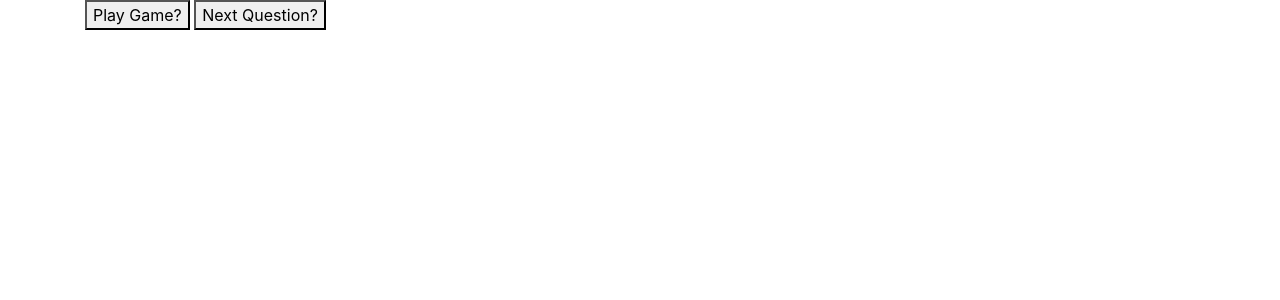
Repository: dsaftler/Trivia
Page: index.html
An editor plug-in stored every save of this project. The page is shown before and after the next save, followed by the edit.
The browser window is 1280 px wide. The pictures show the whole page.

Above is the page before, as saved 2019-04-12 21:03:59.

After the next save:
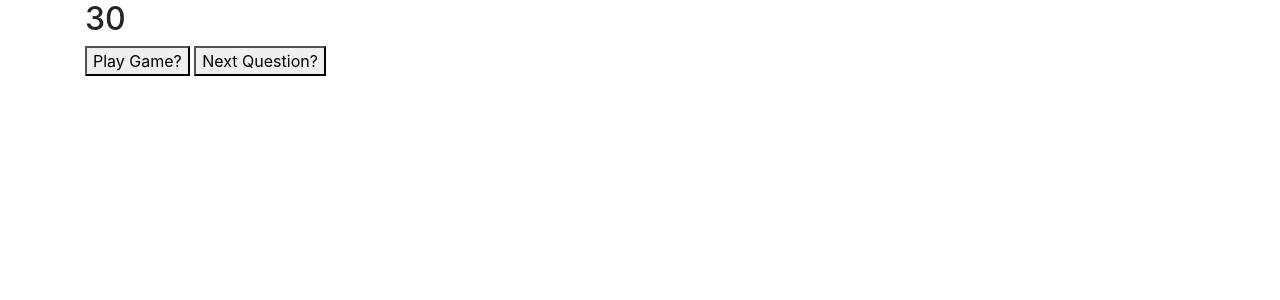
Saved 6 min 24 s later.
--- a/assets/javascript/app.js
+++ b/assets/javascript/app.js
@@ -32,10 +32,12 @@
 var GameState = States.PREGAME;
 
 $("document").ready(function () {
-  $(".answers").on("click", stop);
+  $(".answers").on("click", stopTimer);
+  initGame();
   for (let i = 0; i < qArray.length; i++) {
     $("#question").text = qArray[i].question;
     console.log(qArray.question+ ' '+i)
+
   }
     //$("#answer0".text=qArray[i].ansArray[0];
  // document.getElementById("temp1").style.display = "none";
@@ -70,7 +72,7 @@
   GameState = States.PLAYING;
 
   showTime();
-  newQuestion();
+ // newQuestion();
 }
 
 

After the save that followed:
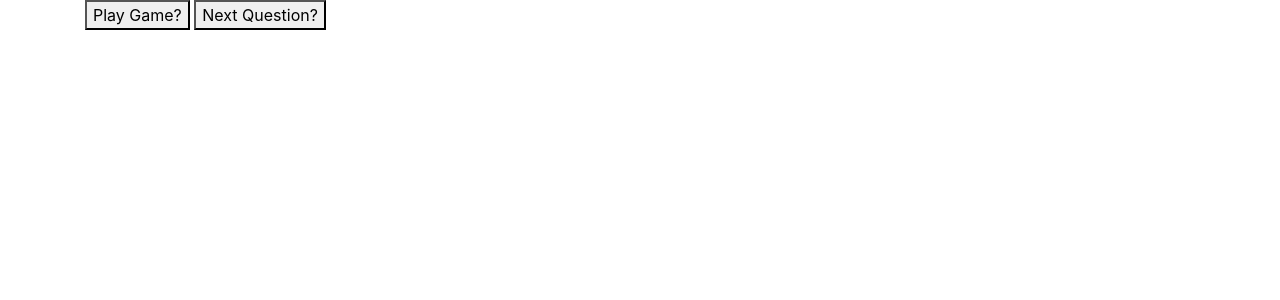
Console error: SyntaxError: Unexpected token '{'
Saved 117 s later.
--- a/assets/javascript/app.js
+++ b/assets/javascript/app.js
@@ -15,8 +15,7 @@
 // ask to play again in link
 // click on play restarts the game without re-loading the page
 
-var qArray = ["Est consectetur veniam consectetur magna laborum?",2,["answer 1","answer 2","answer 3","answer 4"],
-  "Aliqua officia incididunt velit cillum officia labore Lorem officia?", 3, ["answer 1", "answer 2", "answer 3", "answer 4"], "Amet duis aute et exercitation?", 0, ["answer 1", "answer 2", "answer 3", "answer 4"]] ;
+var qArray ;
 var wins, wrongs, misses, seconds;
 var correctAnswerId;
 var timer;
@@ -139,3 +138,76 @@
   misses++;
  // showMisses
 }
+loadQuestions{
+ qArray = [
+    {
+      question: "How many moons are in our Solar System?",
+      correct: 3,
+      ansArray: [25, 50, 97, 181],
+      extra: "These moons (also known as natural satellites) vary greatly in size and quantity per planet. For example, the largest moon is Jupiter’s Ganymede, and the smallest is Mar’s Deimos. Ganymede has a diameter of 3,273 miles, and Deimos has a diameter of 7 miles."
+    },
+    {
+      question: "What percent of the universe is dark matter? (Plus or minus 2%.)",
+      correct: 1,
+      ansArray: ["15%", "27%", "50%", "80%"],
+      extra: "The rest of the universe is around 68% dark energy, and less than 5% of the universe is made up of what we would consider ‘normal’ matter. This means that roughly 80% of the mass of the universe is made up of material we cannot see."
+    },
+    {
+      question: "What is the most common type of star found in the Milky Way?",
+      correct: 1,
+      ansArray: ["Neutron stars", "Red dwarf stars", "Supernovae", "G-type"],
+      extra: "Red dwarf stars make up an estimated ¾ of all stars found in the Milky Way. The surface temperature of red dwarf stars is less than 4,000 Kelvin, and they have a very low luminosity and therefore cannot be easily seen. In fact, from Earth not one red dwarf star can be seen with the naked eye. Since they develop very slowly and are constant for trillions of years, there are actually no advanced stars of this type in our galaxy because our galaxy is too young!"
+    },
+    {
+      question: "What is the closest star to the Sun?",
+      correct: 0,
+      ansArray: ["Proxima Centauri", "Tau Ceti", "51 Pegasi", "Rigel"],
+      extra: "Proxima Centauri is a red dwarf star located in Alpha Centauri system, which is in the Centaurus constellation. Alpha Centauri is actually a triple star system with Proxima Centauri being the closest to the sun. It is 4.24 light years away from the sun, and is not visible to the naked eye from Earth."
+    },
+    {
+      question: "What has a gravitational pull so strong that even light cannot escape it?",
+      correct: 2,
+      ansArray: ["Quantum gravity well", "3rd law of thermodynamics", "Black hole", "Mutual attraction"],
+      extra: "Black holes are one of the deadliest things in the universe. They are formed when a star with a mass more than three times that of our sun dies and collapses onto itself after an explosion called a supernova. Black holes can siphon the gas out of stars until they vanish. They can even break apart and swallow planets."
+    },
+    {
+      question: "Which NASA space flight was the last manned mission to the moon?",
+      correct: 3,
+      ansArray: ["Skylab 4", "Gemini 12", "Skynet 3", "Apollo 17"],
+      extra: "Apollo 17 launched on December 7, 1972 as the first night launch done by NASA. It was also the final mission of NASA’s Apollo program. Apollo 17 was the last time humans traveled beyond low Earth orbit. The mission also boasted that at the time it had the longest moon landing, largest lunar samples, longest time in orbit, and the longest total moonwalks."
+    },
+    {
+      question: "What is the longest continuous time a human has spent in space? (Plus or minus 20 days.)",
+      correct: 2,
+      ansArray: ["37 days", "189 days", "437 days", "500 days"],
+      extra: "This amounts to more than 14 months in space. This feat was accomplished by Valeri Polyakov, a Russian astronaut who stayed aboard the Mir space station from January 1994 to March 1995. When Polyakov retired he had over 678 cumulative days in space, and his combined space time was over 22 months."
+    },
+    {
+      question: "How much time does sun rays take to reach earth?",
+      correct: 2,
+      ansArray: ["58 seconds", "3.5 minutes", "8 minutes", "14 minutes"],
+      extra: "The speed of light in vacuum, commonly denoted c, is a universal physical constant important in many areas of physics. Its exact value is299,792,458 meters per second (approximately 300,000 km/s (186,000 mi/s))."
+    },
+    {
+      question: "When the Halley’s Comet will be visible from Earth again?",
+      correct: 3,
+      ansArray: ["2024", "2039", "2042", "2061"],
+      extra: "Halley's Comet is arguably the most famous comet. It is a ‘periodic’ comet and returns to Earth's vicinity about every 75 years, making it possible for a human to see it twice in his or her lifetime. The last time it was here was in 1986, and it is projected to return in 2061."
+    },
+    {
+      question: "When does a lunar eclipse occur?",
+      correct: 0,
+      ansArray: ["Earth is between the Sun and the Moon", "Sun is between the Earth and the Moon", "Moon is in the 7th House", "Moon is between the Sun and the Earth"],
+      extra: "A lunar eclipse occurs when the Moon passes directly behind Earth and into its shadow. This can occur only when the Sun, Earth, and Moon are exactly or very closely aligned, with Earth between the other two. A lunar eclipse can occur only on the night of a full moon."
+    },
+    {
+      question: "How long was the shortest space flight?",
+      correct: 0,
+      ansArray: ["15 minutes", "73 minutes", "4.5 hours", "3 days"],
+      extra: "This occurred on May 5, 1961 when Alan Shepard achieved an altitude of 115 miles in NASA’s Freedom 7. He was also the first American in space. Shepard later went on to become the oldest person to walk on the surface of the moon. He achieved this in 1971 during the Apollo 14 mission. At the time, he was 47 years old."
+    }
+  ];
+
+
+
+}
